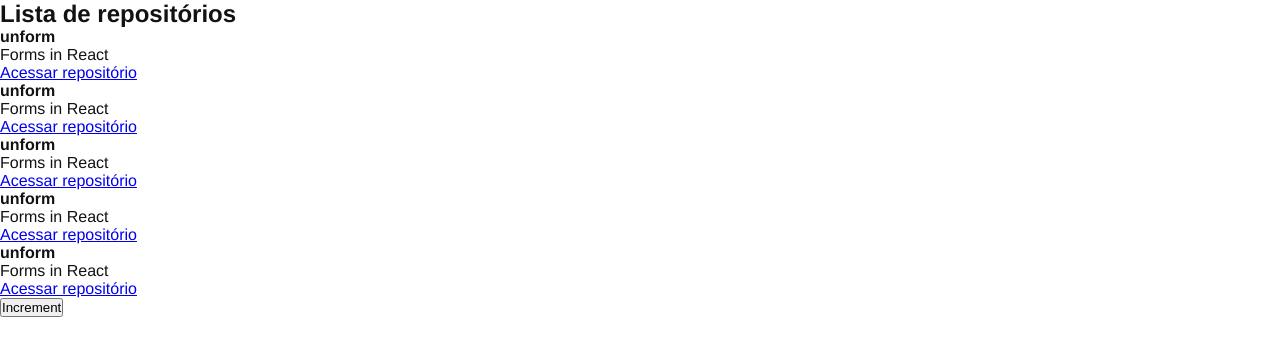
Repository: soualexandre/github-explore
Page: /
These files come from the project's save history. The page is drawn as it stood at one moment and after a run of saves; the edit follows.
The browser window is 1280 px wide. The pictures show the whole page.
The project was rebuilt for these pictures with package versions that can differ from the ones it lists, and the page was loaded fresh each time. Also part of the build but not shown: webpack.config.js.

Above is the page before, as saved 2021-07-09 15:59:51.

After the next 5 saves:
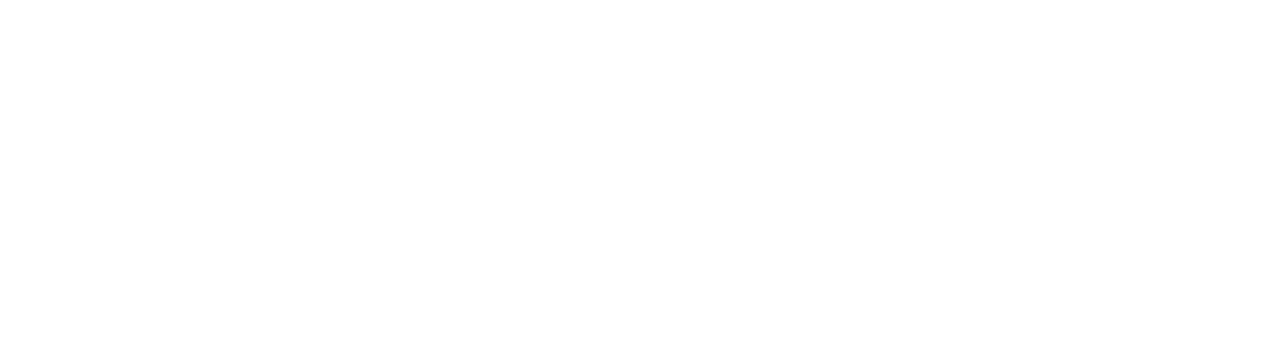
Console error (its wording comes from the project's code and is left out).
The 5 saves are shown as one change because 3 did not build or start and some came seconds apart.
The last was saved 5 min 52 s later.
--- a/src/components/conter.jsx
+++ b/src/components/conter.jsx
@@ -1,18 +1,19 @@
 import React, { useState } from "react"
-let counter = 2;
+let counter = 0;
+
 export function Counter() {
-    const { counter, setCounter } = useState({})
+    const [counter, setCounter] = useState({})
 
     function handleCounter() {
-        console.l
-        setCounter(counter + 1)
+        setCounter(counter+1)
     }
+
     return (
         <div>
             <h1>{counter}</h1>
             <button type="button" onClick={handleCounter}>
                 Increment
-                </button>
+            </button>
         </div>
     )
 }

After the 5 saves that followed:
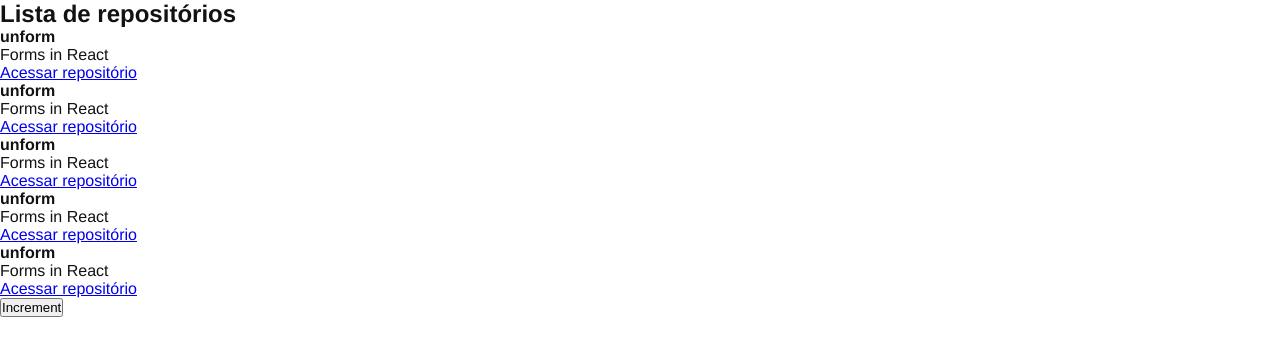
The error is gone.
The 5 saves are shown as one change because 4 left the picture as it was.
The last was saved 90 s later.
--- a/src/components/conter.jsx
+++ b/src/components/conter.jsx
@@ -2,10 +2,9 @@
 let counter = 0;
 
 export function Counter() {
-    const [counter, setCounter] = useState({})
+    const [counter] = useState()
 
     function handleCounter() {
-        setCounter(counter+1)
     }
 
     return (
